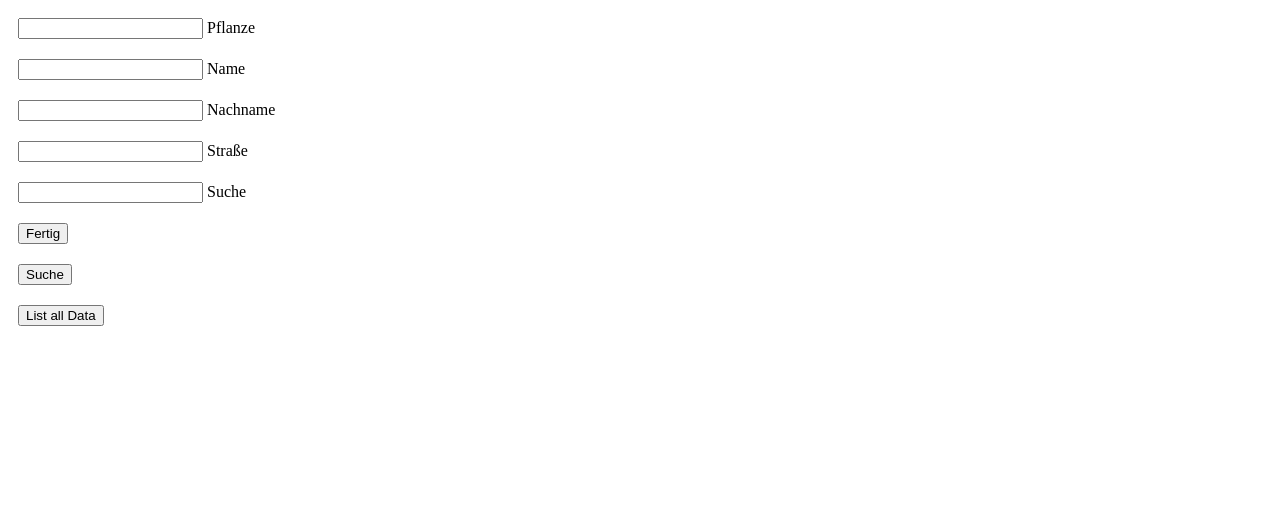
Repository: Carlson43/PlantsForFriends
Page: Tests/Datenverbindung/Versuch.html
An editor plug-in stored every save of this project. The page is shown before and after the next save, followed by the edit.
The browser window is 1280 px wide. The pictures show the whole page.

Above is the page before, as saved 2022-01-05 15:29:12.

### Tests/Datenverbindung/Versuch.html
<!doctype html>
<html lang="en">
  <head>
    <meta charset="utf-8">
    <script src="https://code.jquery.com/jquery-3.6.0.js"> </script>
    <style>
      div{
        padding:10px
      }
    </style>

  </head>


  <body>

   <div>
	  <input id= "jsonstring1" type="text" value=''>
      <label for=jsonstring1>Pflanze</label>
    </div>

    <div>
        <input id= "jsonstring2" type="text" value=''>
        <label for=jsonstring2>Name</label>
      </div>

      <div>
        <input id= "jsonstring3" type="text" value=''>
        <label for=jsonstring5>Nachname</label>
      </div>

      <div>
        <input id= "jsonstring4" type="text" value=''>
        <label for=jsonstring4>Straße</label>
    </div>

    <div>
        <input id= "jsonstring5" type="text" value=''>
        <label for=jsonstring5>Suche</label>
    </div>

    <div><button onclick= "addAll();">Fertig</button></div>
    <div><button onclick= "search();">Suche</button></div>

  <!-- <div>
    <button onclick="readwithkey();">Make read with key request</button>
  </div> -->

  <div>
    <button onclick="listAllData();"> List all Data</button>
  </div>

	<script>
    function add()
    {
      var jsonstring=  '{"Pflanze":"'+$("#jsonstring").val()+'"}';
      console.log("add"+ jsonstring);
      $.get("https://webtechlecture.appspot.com/cloudstore/add?owner=s201655&token=dMinmYeldeDsBbu0iiEIPGTPws0_&jsonstring="+encodeURI(jsonstring),function(response)
      {
        console.log(response);
      });
    }

    function listAllData()
    {
      var jsonstring=$("#jsonstring").val();
      console.log("Hi!");
      $.get("https://webtechlecture.appspot.com/cloudstore/listobjects?owner=s201655&token=dMinmYeldeDsBbu0iiEIPGTPws0_",function(response)
      {
        console.log(response);
      });
    }

    function del()
    {
      var jsonstring=$("#jsonstring").val();
      console.log("Del");
      $.get("https://webtechlecture.appspot.com/cloudstore/del?owner=s201655&token=dMinmYeldeDsBbu0iiEIPGTPws0_&key=1640178157404",function(response)
      {
        console.log(response);
      });
    }


    function addAll()
    {

      var jsonstring=

      '{"Pflanze":"'+$("#jsonstring1").val()+'",'+
      '"Name":"'+$("#jsonstring2").val()+'",'+
      '"Nachname":"'+$("#jsonstring3").val()+'",'+
      '"Straße":"'+$("#jsonstring4").val()+

      '"}';
      console.log("add"+ jsonstring);
      $.get("https://webtechlecture.appspot.com/cloudstore/add?owner=s201655&token=dMinmYeldeDsBbu0iiEIPGTPws0_&jsonstring="+encodeURI(jsonstring),function(response)
      {
        console.log(response);
      });
    }

    function spec()
    {
      var specvar =
      $.get('https://webtechlecture.appspot.com/cloudstore/ ?owner=s201655&token=dMinmYeldeDsBbu0iiEIPGTPws0_&jsonstring={"Pflanzen":"Lillie"}',function(response)
      {
        console.log(response);
      });
    }

function search()
    {
        var nam = String($("#jsonstring5").val())
        var data = []
      $.get("https://webtechlecture.appspot.com/cloudstore/listobjects?owner=s201655&token=dMinmYeldeDsBbu0iiEIPGTPws0_",function(response)
      {

        for (var i = 0; i < response.length; i++)
        data.push(response[i]);


        for (var i = 0; i < data.length; i++){
            if (data[i].jsonstring.Pflanze == nam){
                console.log(data[i].jsonstring)}
                  else{
                    for (var i = 0; i < data.length; i++){
                      if (data[i].jsonstring.Name == nam){
                      console.log(data[i].jsonstring)}
                      else{
                        for (var i = 0; i < data.length; i++){
                          if (data[i].jsonstring.Nachname == nam){
                            console.log(data[i].jsonstring)}
                            else{
                                for (var i = 0; i < data.length; i++){
                                    if (data[i].jsonstring.Straße == nam){
                                    console.log(data[i].jsonstring)}
                        };
                  }
                }
              }
            }
          }
        };
    });
};
	</script>
  </body>
</html>

After the next save:
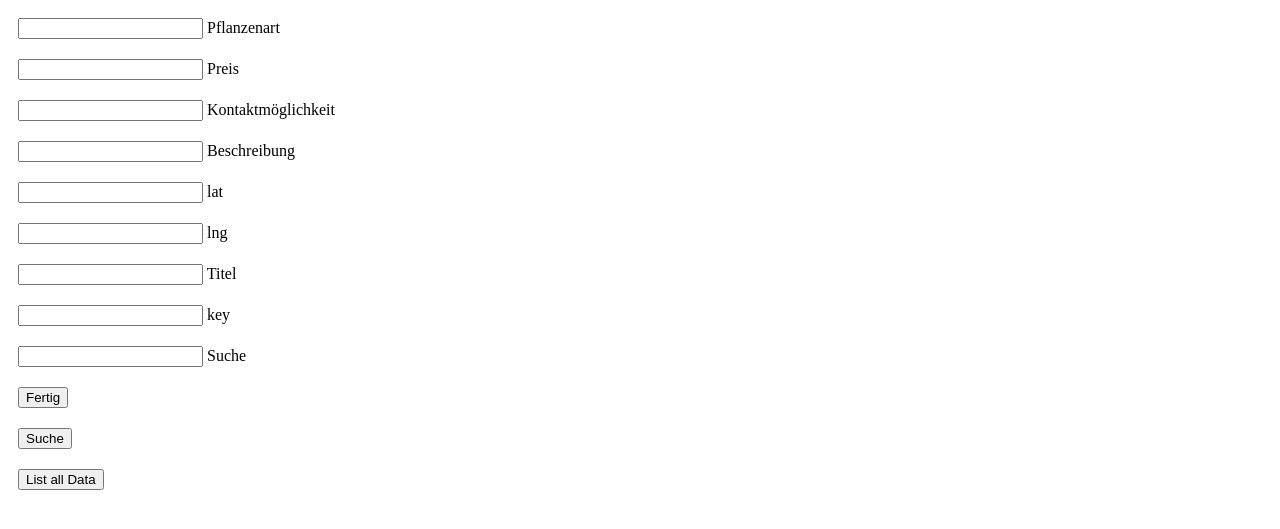
Saved 6 min 9 s later.
--- a/Tests/Datenverbindung/Versuch.html
+++ b/Tests/Datenverbindung/Versuch.html
@@ -16,23 +16,47 @@
 
    <div>
 	  <input id= "jsonstring1" type="text" value=''>
-      <label for=jsonstring1>Pflanze</label>
+      <label for=jsonstring1>Pflanzenart</label>
     </div>
 
     <div>
         <input id= "jsonstring2" type="text" value=''>
-        <label for=jsonstring2>Name</label>
+        <label for=jsonstring2>Preis</label>
       </div>
 
       <div>
         <input id= "jsonstring3" type="text" value=''>
-        <label for=jsonstring5>Nachname</label>
+        <label for=jsonstring5>Kontaktmöglichkeit</label>
       </div>
 
       <div>
         <input id= "jsonstring4" type="text" value=''>
-        <label for=jsonstring4>Straße</label>
+        <label for=jsonstring4>Beschreibung</label>
     </div>
+
+    <div>
+      <input id= "jsonstring5" type="text" value=''>
+      <label for=jsonstring4>lat</label>
+  </div>
+
+
+  <div>
+    <input id= "jsonstring6" type="text" value=''>
+    <label for=jsonstring4>lng</label>
+</div>
+
+
+<div>
+  <input id= "jsonstring7" type="text" value=''>
+  <label for=jsonstring4>Titel</label>
+</div>
+
+
+<div>
+  <input id= "jsonstring8" type="text" value=''>
+  <label for=jsonstring4>key</label>
+</div>
+
 
     <div>
         <input id= "jsonstring5" type="text" value=''>
@@ -87,10 +111,14 @@
 
       var jsonstring=
 
-      '{"Pflanze":"'+$("#jsonstring1").val()+'",'+
-      '"Name":"'+$("#jsonstring2").val()+'",'+
-      '"Nachname":"'+$("#jsonstring3").val()+'",'+
-      '"Straße":"'+$("#jsonstring4").val()+
+      '{"Pflanzeart":"'+$("#jsonstring1").val()+'",'+
+      '"Preis":"'+$("#jsonstring2").val()+'",'+
+      '"Kontaktmöglichkeit":"'+$("#jsonstring3").val()+'",'+
+      '"Beschreibung":"'+$("#jsonstring3").val()+'",'+
+      '"lat":"'+$("#jsonstring3").val()+'",'+
+      '"lng":"'+$("#jsonstring3").val()+'",'+
+
+      '"Titel":"'+$("#jsonstring4").val()+
 
       '"}';
       console.log("add"+ jsonstring);
